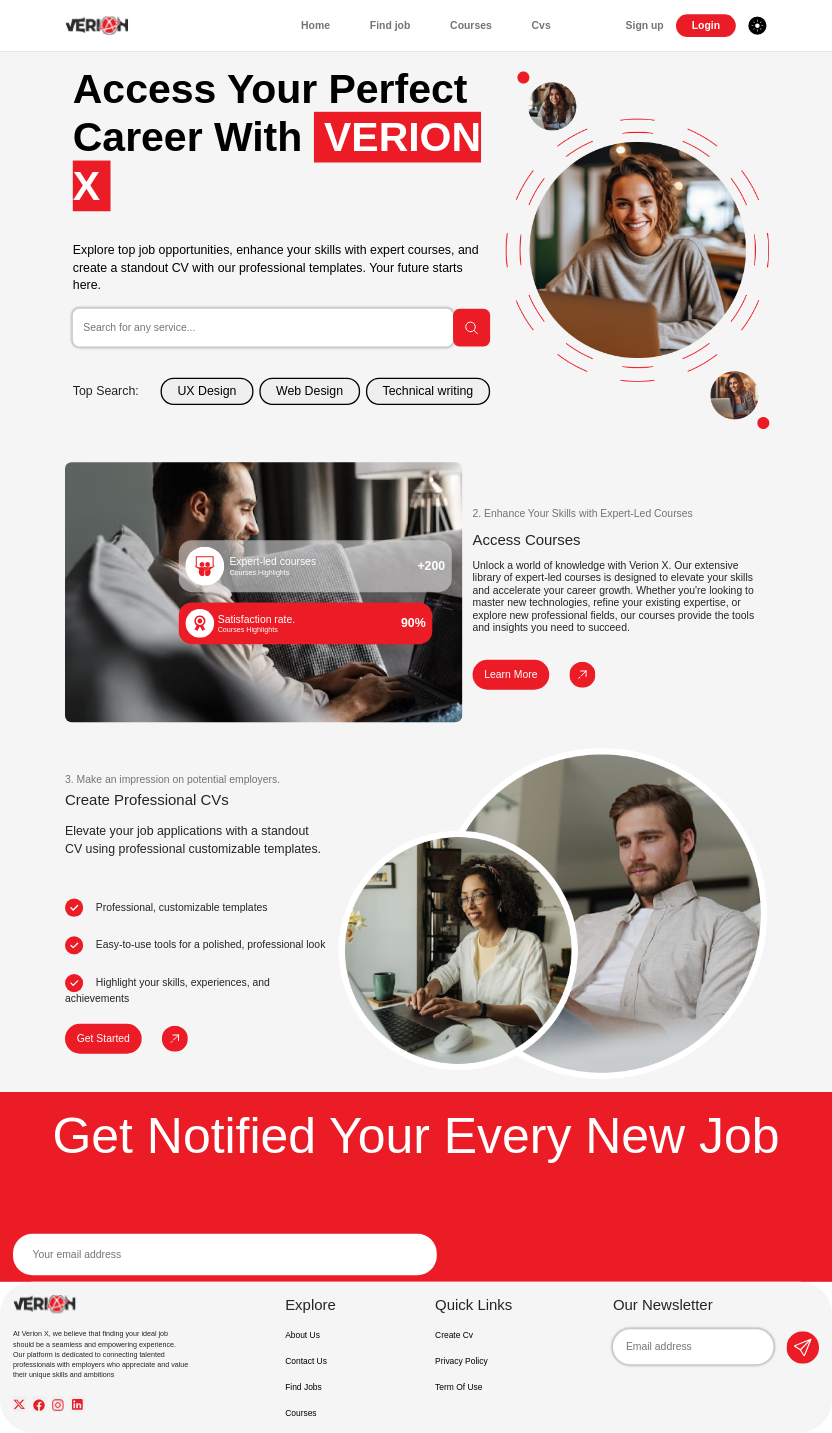
Repository: SahMenz/verionX
Page: /
These files come from the project's save history. The page is drawn as it stood at one moment and after the next save; the edit follows.
The browser window is 1280 px wide. The pictures show the whole page, at 65% of full size.
The project was rebuilt for these pictures with package versions that can differ from the ones it lists, and the page was loaded fresh each time. Also part of the build but not shown: vite.config.js.

Above is the page before, as saved 2024-06-16 17:12:27.

### src/App.jsx
import './App.css'
import Home from './components/home/home'
import 'bootstrap/dist/css/bootstrap.min.css';

function App() {

  return (
    <>
      <div>
          <Home />
      </div>
    </>
  )
}

export default App

### src/index.css
button{
    outline: none;
    border: none;
  }

  input{
    border: none;
    outline: none;
}

### src/App.css
*, *::before, *::after{
  padding: 0px;
  margin: 0px;
  box-sizing: border-box;
  font-family: "Rubik", sans-serif;
}

/* BACKGROUND COLORS */

.bg-f5{
  background-color: #F5F5F5;
}
.bg-eb{
  background-color: #EB1C25;
}
.bg-ff{
  background-color: #fff;
}
.bg-d9{
  background-color: #D9D9D9;
}
.bg-00{
  background-color: #000;
}


/* FONT SIZES */

.txt-11{
  font-size: 11px;
}
.txt-13{
  font-size: 13px;
}
.txt-16{
  font-size: 16px;
}
.txt-19{
  font-size: 19px;
}
.txt-23{
  font-size: 23px;
}
.txt-45{
  font-size: 45px;
}
.txt-63{
  font-size: 63px;
}


/* TEXT COLOR */

.txt-eb{
  color:#EB1C25
}
.txt-f3{
  color: #737373
}
.txt-ff{
  color:#fff
}
.txt-00{
  color: #000;
}


/* FONT WEIGHT */

.fw-400{
  font-weight: 400;
}
.fw-500{
  font-weight: 500;
}
.fw-600{
  font-weight: 600;
}


/* LINE HEIGHT */

.lh-19{
  line-height: 19.2px;
}
.lh-75{
  line-height: 55.6px;
}
.lh-26{
  line-height: 26.38px;
}
.lh-22{
  line-height: 22.8px;
}
.lh-27{
  line-height: 27.6px;
}
.lh-15{
  line-height: 15.89px;
}
.lh-13{
  line-height: 13.2px;
}
.lh-54{
  line-height: 54px;
}
.lh-34{
  line-height: 34.5px;
}
.lh-67{
  line-height: 67.5px;
}
.lh-32{
  line-height: 32.2px;
}
.lh-18{
  line-height: 18.96px;
}

### src/components/home/home.jsx
import Footer from "../footer/footer"
import Navigation from "../navigation/navigation"
import AccessCourses from "./accessCourses/accessCourses"
import CreateProfessionalCv from "./createProfessionalCv/createProfessionalCv"
import GetNotified from "./getNotified/getNotified"
import Hero from "./hero/hero"

function Home() {
  return (
    <div >
        <Navigation />
        <Hero />
        <AccessCourses />
        <CreateProfessionalCv />
        <GetNotified />
        <Footer />
    </div>
  )
}

export default Home

### src/components/footer/footer.jsx
import logo from '../../assets/images/logo.svg';
import CustomSvg from '../customSvg/customSvg';
import './footer.css';

function Footer() {
  return (
    <div className='d-flex bg-f5 justify-content-between footerGeneral gap-5' style={{borderRadius:"50px"}}>
        <div className='d-flex flex-column' style={{width:"272px", height:"166px"}}>
            <img  src={logo} style={{width:"97.2px"}}/>
            <div className='fw-400 lh-15 txt-11 py-4'>
                At Verion X, we believe that finding your ideal job should be a
                seamless and empowering experience. Our platform is dedicated to connecting talented
                professionals with employers who appreciate and value their unique skills and ambitions
            </div>
            <div className='d-flex align-items-center justify-content-between' style={{width:"110px"}}>
                <button><CustomSvg name="x"/></button>
                <button><CustomSvg name="facebook"/></button>
                <button><CustomSvg name="insta"/></button>
                <button><CustomSvg name="linkedin"/></button>
            </div>
        </div>
        <div className='d-flex flex-column justify-content-between' style={{width:"84px", height:"192px"}}>
            <div className='fw-500 txt-23 lh-32'>Explore</div>
            <a href="#" className='txt-00 fw-400 txt-13 lh-18 text-decoration-none'>About Us</a>
            <a href="#" className='txt-00 fw-400 txt-13 lh-18 text-decoration-none'>Contact Us</a>
            <a href="#" className='txt-00 fw-400 txt-13 lh-18 text-decoration-none'>Find Jobs</a>
            <a href="#" className='txt-00 fw-400 txt-13 lh-18 text-decoration-none'>Courses</a>
        </div>
        <div className='d-flex flex-column justify-content-between' style={{width:"127px", height:"152px"}}>
            <div className='fw-500 txt-23 lh-32'>Quick Links</div>
            <a href="#" className='txt-00 fw-400 txt-13 lh-18 text-decoration-none'>Create Cv</a>
            <a href="#" className='txt-00 fw-400 txt-13 lh-18 text-decoration-none'>Privacy Policy</a>
            <a href="#" className='txt-00 fw-400 txt-13 lh-18 text-decoration-none'>Term Of Use</a>
        </div>
        <div className='d-flex flex-column justify-content-between' style={{height:"107px"}}>
            <div className='fw-500 txt-23 lh-32'>Our Newsletter</div>
            <div>
                <input  type='text' placeholder='Email address' style={{marginRight:"20px",borderRadius:"30px", padding:"15px 20px", boxShadow: "0px 0px 3px 3px rgba(0, 0, 0, 0.2)"}}/>
                <button className='bg-f5'><CustomSvg name="telegram"/></button>
            </div>
        </div>
    </div>
  )
}

export default Footer

### src/components/navigation/navigation.jsx
import logo from '../../assets/images/logo.svg'
import CustomSvg from '../customSvg/customSvg'
import './navigation.css'


function Navigation() {

  return (
    <div className="d-flex justify-content-between navContainer">
        <img src={logo} alt="" />
        <div className='d-none d-lg-flex navigationLink justify-content-between align-items-center'>
          <div className='d-flex justify-content-between align-items-center links'>
            <a href="#" className='small-txt lh-19 fw-600 text-decoration-none txt-f3'>Home</a>
            <a href="#" className='small-txt lh-19 fw-600 text-decoration-none txt-f3'>Find job</a>
            <a href="#" className='small-txt lh-19 fw-600 text-decoration-none txt-f3'>Courses</a>
            <a href="#" className='small-txt lh-19 fw-600 text-decoration-none txt-f3'>Cvs</a>
          </div>
          <div className='d-flex justify-content-between align-items-center switchmode'>
            <a href="#" className='small-txt lh-19 fw-600 text-decoration-none txt-f3'>Sign up</a>
            <a href="#" className='small-txt lh-19 fw-600 text-decoration-none txt-ff bg-eb px-4 py-2 rounded-5'>Login</a>
            <button className='bg-ff'><CustomSvg name="switchModes"/></button>
          </div>
        </div>
        <div className=' d-lg-none cursor-pointer' style={{width: "40px", height: "40px", display: 'flex', flexDirection: 'column', alignItems: "center", justifyContent: "center", gap: "5px"}}>
          <div style={{width : "30px", height:"3px", backgroundColor : 'black' }}></div>
          <div style={{width : "30px", height:"3px", backgroundColor : 'black' }}></div>
          <div style={{width : "30px", height:"3px", backgroundColor : 'black' }}></div>
        </div>
    </div>
  )
}

export default Navigation

### src/components/home/accessCourses/accessCourses.jsx
import CustomSvg from "../../customSvg/customSvg";
import './accessCourses.css';

function AccessCourses() {
  return (
    <div className="d-flex flex-column bg-f5 flex-xl-row accessGeneral  align-items-center">
        <div className="manPressingLaptop" style={{maxWidth:"611px", position:"relative"}}>
            <div className="imagetext d-none d-lg-block" style={{position:"absolute"}}>
                <div className="d-flex align-items-center opacebackground justify-content-between mb-3" style={{padding:"10px", borderRadius:"20px", maxWidth:"455px"}}>
                    <CustomSvg name="expertLedCourses"/>
                    <div className="d-flex ps-2 justify-content-between align-items-center" style={{width:"340px"}}>
                        <div className="d-flex flex-column" >
                            <div className="txt-ff fw-500 txt-16 lh-19">Expert-led courses</div>
                            <div className="txt-11 txt-ff fw-500 lh-13">Courses Highlights</div>
                        </div>
                        <div className="fw-600 txt-19 lh-22 txt-ff">+200</div>
                    </div>
                </div>
                <div className="bg-eb d-flex align-items-center justify-content-between" style={{padding:"10px", borderRadius:"20px", maxWidth:"390px"}}>
                    <CustomSvg name="satisfactionrate"/>
                    <div className="d-flex justify-content-between align-items-center" style={{width:"320px"}}>
                        <div className="d-flex flex-column" >
                            <div className="txt-ff fw-500 txt-16 lh-19">Satisfaction rate.</div>
                            <div className="txt-11 txt-ff fw-500 lh-13">Courses Highlights</div>
                        </div>
                        <div className="fw-600 txt-19 lh-22 txt-ff">90%</div>
                    </div>
                </div>
            </div>
        </div>
        <div className=" ms-xl-3"  style={{maxWidth:"576px"}}>
            <p className="txt-f3 fw-500 lh-19 enhance" style={{maxWidth:"370px"}}>2. Enhance Your Skills with Expert-Led Courses</p>
            <p className="fw-500 lh-27 access" style={{maxWidth:"300px"}}>Access Courses</p>
            <p className="fw-400 lh-19 pb-4 unlock" style={{maxWidth:"576px"}}>
                Unlock a world of knowledge with Verion X. Our extensive library of expert-led courses is designed to elevate your skills and accelerate your career growth. Whether you&apos;re looking to master new technologies, refine your existing expertise, or explore new professional fields, our courses provide the tools and insights you need to succeed.
            </p>
            <div className="d-flex align-items-center justify-content-between" style={{width:"189px"}}>
                <button className="bg-eb txt-ff" style={{padding:"11px 18px", borderRadius:"30px"}}>Learn More</button>
                <CustomSvg name="arrowTopRight" className=""/>
            </div>
        </div>
    </div>
  )
}

export default AccessCourses

### src/components/home/createProfessionalCv/createProfessionalCv.jsx
import createProfessionalImage from '../../../assets/images/createProfessionalImage.png';
import CustomSvg from '../../customSvg/customSvg';
import './createProfessionalCv.css';

function CreateProfessionalCv() {
  return (
    <div className='d-flex flex-column createGeneral bg-f5 flex-xl-row align-items-center'>
        <div style={{maxWidth:"507px"}}>
            <div className='fw-500 lh-19 txt-16 txt-f3 adjustText' style={{margin:"0px 0px 8px 0px"}}>3. Make an impression on potential employers.</div>
            <div className='fw-500 lh-27 txt-23 adjust23' style={{margin:"0px 0px 20px 0px"}}>Create Professional CVs</div>
            <div className='fw-400 txt-19 lh-23 adjust19' style={{margin:"0px 0px 60px 0px"}}>Elevate your job applications with a standout CV using professional customizable templates.</div>
            <div className='fw-400 txt-16 lh-19 adjustText' style={{marginBottom:"29px"}}><CustomSvg name="createProfessionalTick"/> <span style={{marginLeft:"15px"}}>Professional, customizable templates</span></div>
            <div className='fw-400 txt-16 lh-19 adjustText' style={{marginBottom:"29px"}}><CustomSvg name="createProfessionalTick"/> <span style={{marginLeft:"15px"}}>Easy-to-use tools for a polished, professional look</span></div>
            <div className='fw-400 txt-16 lh-19 adjustText' style={{marginBottom:"29px"}}><CustomSvg name="createProfessionalTick"/> <span style={{marginLeft:"15px"}}>Highlight your skills, experiences, and achievements</span></div>
            <div className="d-flex align-items-center justify-content-between" style={{width:"189px"}}>
                <button className="bg-eb txt-ff" style={{padding:"11px 18px", borderRadius:"30px"}}>Get Started</button>
                <CustomSvg name="arrowTopRight" className=""/>
            </div>
        </div>
        <img src={createProfessionalImage} className='mt-5 mt-xl-0 mixedImage ms-xl-3' style={{maxWidth:"659px"}}/>
    </div>
  )
}

export default CreateProfessionalCv

### src/components/home/getNotified/getNotified.jsx
import './getNotified.css';

function GetNotified() {
  return (
    <div>
        <div className="bg-eb d-flex flex-column justify-content-between align-Items-center getGeneral" style={{height:"292px"}}>
            <div className="fw-500 txt-ff txt-45 xl-lh-54 getNotified text-center">Get Notified Your Every New Job </div>
            <input type="text" placeholder="Your email address" style={{borderRadius:"30px", padding:"20px 0px 20px 30px", maxWidth:"652px"}}/>
        </div>
        <div></div>
    </div>
  )
}

export default GetNotified

### src/components/home/hero/hero.jsx
import accesYourPerfectImage from '../../../assets/images/accesYourPerfectImage.png';
import CustomSvg from '../../customSvg/customSvg';
import './hero.css';

function Hero() {
  return (
    <div className='bg-f5 heroGeneral d-flex flex-column flex-xl-row justify-content-center justify-content-between align-items-center' style={{}}>
        <div style={{maxWidth:"733px"}} className=' textcontainer mb-5 mx-xxl-1 px-xxl-0 d-flex flex-column container '>
            <div className='txt-63 lh-75 txt-ff fw-600 txt-00 largeTxt mb-5' >Access Your Perfect Career With <span className='bg-eb fw-600 txt-ff py-1 px-3'>VERION X</span></div>
            <div className='txt-00 lh-26 mb-4 exploretxt' style={{maxWidth:"630px"}}>
                Explore top job opportunities, enhance your skills with expert courses, and create a standout CV with our professional templates. Your future starts here.
            </div>
            <div className="d-flex">
                <input type="text" className='p-3 container mb-xl-5' placeholder="Search for any service..."  style={{borderRadius:"10px", boxShadow: "0px 0px 3px 3px rgba(0, 0, 0, 0.2)"}} />
                <button className="bg-eb p-3 mb-xl-5" style={{borderRadius:"10px", border:"none"}}><CustomSvg name="search"/></button>
            </div>
            <div className='d-none d-xl-flex align-items-center justify-content-between'style={{width:"642px"}} >
                <div className='txt-19 lh-26 txt-500'>Top Search:</div>
                <div className='d-flex align-items-center justify-content-between' style={{width:"507px"}}>
                    <button style={{borderRadius:"20px",border: "2px solid black"}}><div className='px-4 py-2 txt-19 lh-22 txt-500'>UX Design</div></button>
                    <button style={{borderRadius:"20px",border: "2px solid black"}}><div className='px-4 py-2 txt-19 lh-22 txt-500'>Web Design</div></button>
                    <button style={{borderRadius:"20px",border: "2px solid black"}}><div className='px-4 py-2 txt-19 lh-22 txt-500'>Technical writing</div></button>
                </div>
            </div>
        </div>
        <img src={accesYourPerfectImage} className='container mx-xxl-1 px-xxl-0' style={{Width:"65vw", maxWidth:"430px"}} alt="three images" />
    </div>
  )
}

export default Hero

### src/components/footer/footer.css
.footerGeneral{
    padding: 20px 20px;
    flex-wrap: wrap
}

@media (min-width:1400px){
    .footerGeneral{
        padding: 64px 109px
    }
}

### src/components/navigation/navigation.css
.navContainer{
    padding: 22px 100px;
    box-shadow: 0px 10px 10px 10px rgba(0, 0, 0, 0.2);
}

.navigationLink{
    width: 56vw;
    min-width: 600px;
    max-width: 888px;
}
.links{
    width: 30vw;
    min-width: 300px;
    max-width: 482px;
}
.switchmode{
    width: 17vw;
    min-width: 200px;
    max-width: 254px;
}
@media screen and (min-width:325px) and (max-width:988px) {
    .navContainer{
        padding: 18px 60px;
    }
}

### src/components/home/accessCourses/accessCourses.css
.accessGeneral{
    padding: 10px 20px;
}
.enhance{
    font-size: 4vw;
    margin-top: 20px;
}
.access{
    font-size: 6vw;
}
.unlock{
    font-size: 4vw;
}
.opacebackground{
    background-color:rgba(217, 217, 217, 0.6);
}
.manPressingLaptop{
    background-image: url('../../../assets/images/accessCoursesImage.png');
    background-size: cover;
    border-Radius: 10px;
    background-position: center;
    height: 400px;
    width: 65vw;
    background-size: cover;
    background-position: center;
}
.imagetext{
    position: absolute;
    top: 50%;
    left: 63%;
    transform: translate(-50%, -50%);
}

@media (min-width: 478px) {
    .enhance{
        font-size: 3vw;
    }
    .access{
        font-size: 5vw;
    }
    .unlock{
        font-size: 3vw;
    }
}
@media (min-width: 665px) {
    .enhance{
      font-size: 2.5vw;
    }
    .access{
      font-size:4.5vw;
    }
    .unlock{
        font-size: 2.5vw;
    }
}
@media (min-width:730px){
    .accessGeneral{
      padding: 20px 100px;
    }
    .enhance{
        font-size: 16px;
      }
      .access{
        font-size:23px;
      }
      .unlock{
          font-size: 16px;
      }
  }
  @media (min-width:1400px){
    .accessGeneral{
        justify-content: space-between!important;
    }
  }

### src/components/home/createProfessionalCv/createProfessionalCv.css
.createGeneral{
    padding: 10px 20px;
}
.mixedImage{
    width: 85vw;
}
.adjustText{
    font-size: 4vw;
}
.adjust19{
    font-size: 5vw;
}
.adjust23{
    font-size: 6vw;
}
@media (min-width: 478px) {
    .adjustText{
        font-size: 3.5vw;
    }
    .adjust19{
        font-size: 4.5vw;
    }
    .adjust23{
        font-size: 5.5vw;
    }
}
@media (min-width: 560px) {
    .adjustText{
        font-size: 3vw;
    }
    .adjust19{
        font-size: 4vw;
    }
    .adjust23{
        font-size: 5vw;
    }
}
@media (min-width:630px){
    .createGeneral{
        padding: 20px 100px;
    }
    .adjustText{
        font-size: 16px;
    }
    .adjust19{
        font-size: 19px;
    }
    .adjust23{
        font-size: 23px;
    }
}
@media (min-width:1400px){
    .createGeneral{
        justify-content: space-between;
    }
}

### src/components/home/getNotified/getNotified.css
.getNotified{
    font-size: 6vw;
}
.getGeneral{
    padding: 10px 20px;

}

### src/components/home/hero/hero.css
  .largeTxt{
    font-size: 10vw;
  }
  .exploretxt{
    font-size: 4vw;
  }
  .heroGeneral{
    padding: 10px 20px;
  }
  @media (min-width: 478px) {
    .largeTxt{
      line-height: 75px;
    }
    .exploretxt{
      font-size: 3vw;
    }
  }
  @media (min-width: 632px) {
    .largeTxt{
      font-size: 9vw;
    }
    .exploretxt{
      font-size:2.5vw;
    }
  }
  @media (min-width:730px){
    .largeTxt{
      font-size: 63px;
    }
    .exploretxt{
      font-size: 19px;
    }
    .heroGeneral{
      padding: 20px 100px;
    }
  }
  @media(min-width:1400){
    .heroGeneral{
      justify-content: space-between;
    }
  }

Loaded but not shown: src/main.jsx (common file); src/components/customSvg/customSvg.jsx (186 lines, source omitted)

After the next save:
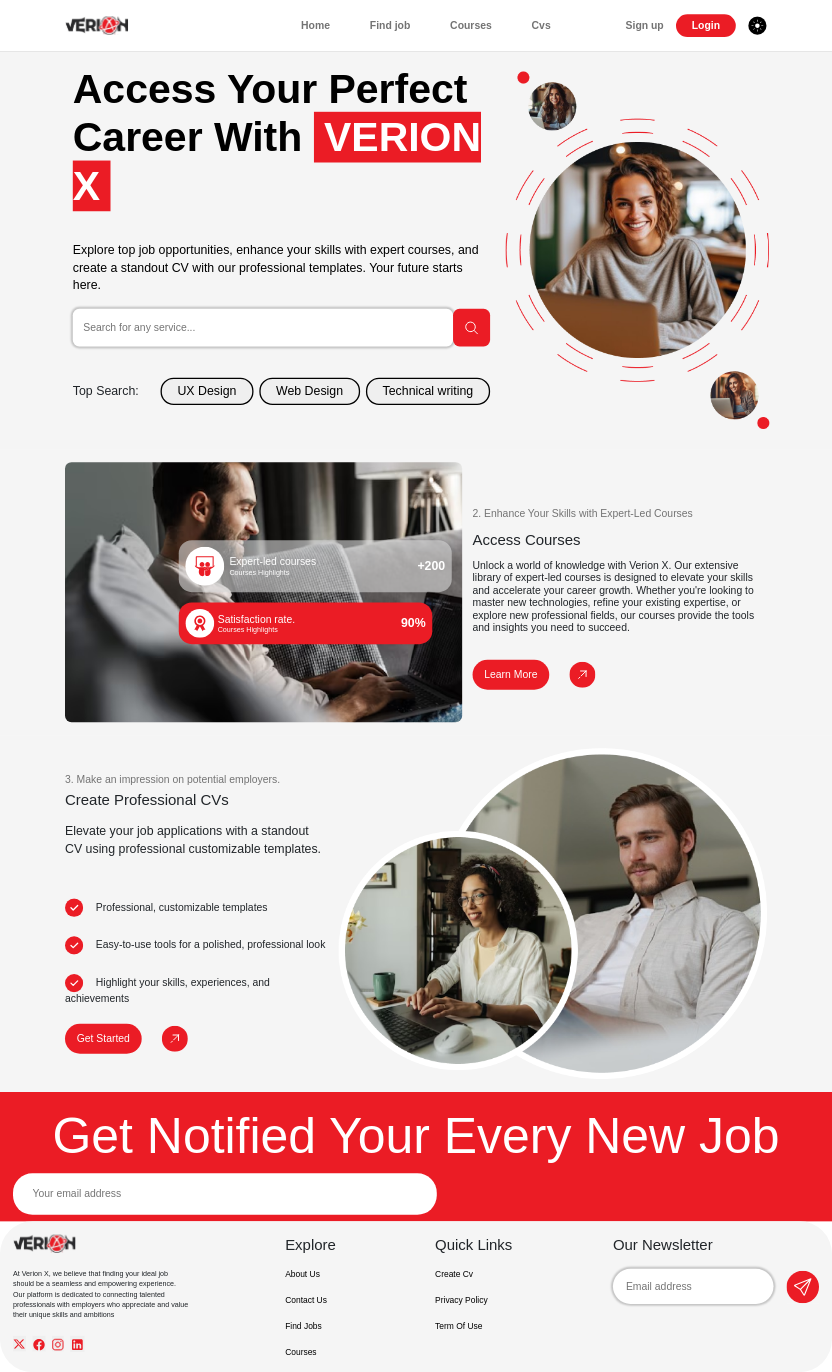
Saved 17 s later.
--- a/src/components/home/getNotified/getNotified.jsx
+++ b/src/components/home/getNotified/getNotified.jsx
@@ -3,7 +3,7 @@
 function GetNotified() {
   return (
     <div>
-        <div className="bg-eb d-flex flex-column justify-content-between align-Items-center getGeneral" style={{height:"292px"}}>
+        <div className="bg-eb d-flex flex-column justify-content-between align-Items-center getGeneral">
             <div className="fw-500 txt-ff txt-45 xl-lh-54 getNotified text-center">Get Notified Your Every New Job </div>
             <input type="text" placeholder="Your email address" style={{borderRadius:"30px", padding:"20px 0px 20px 30px", maxWidth:"652px"}}/>
         </div>
